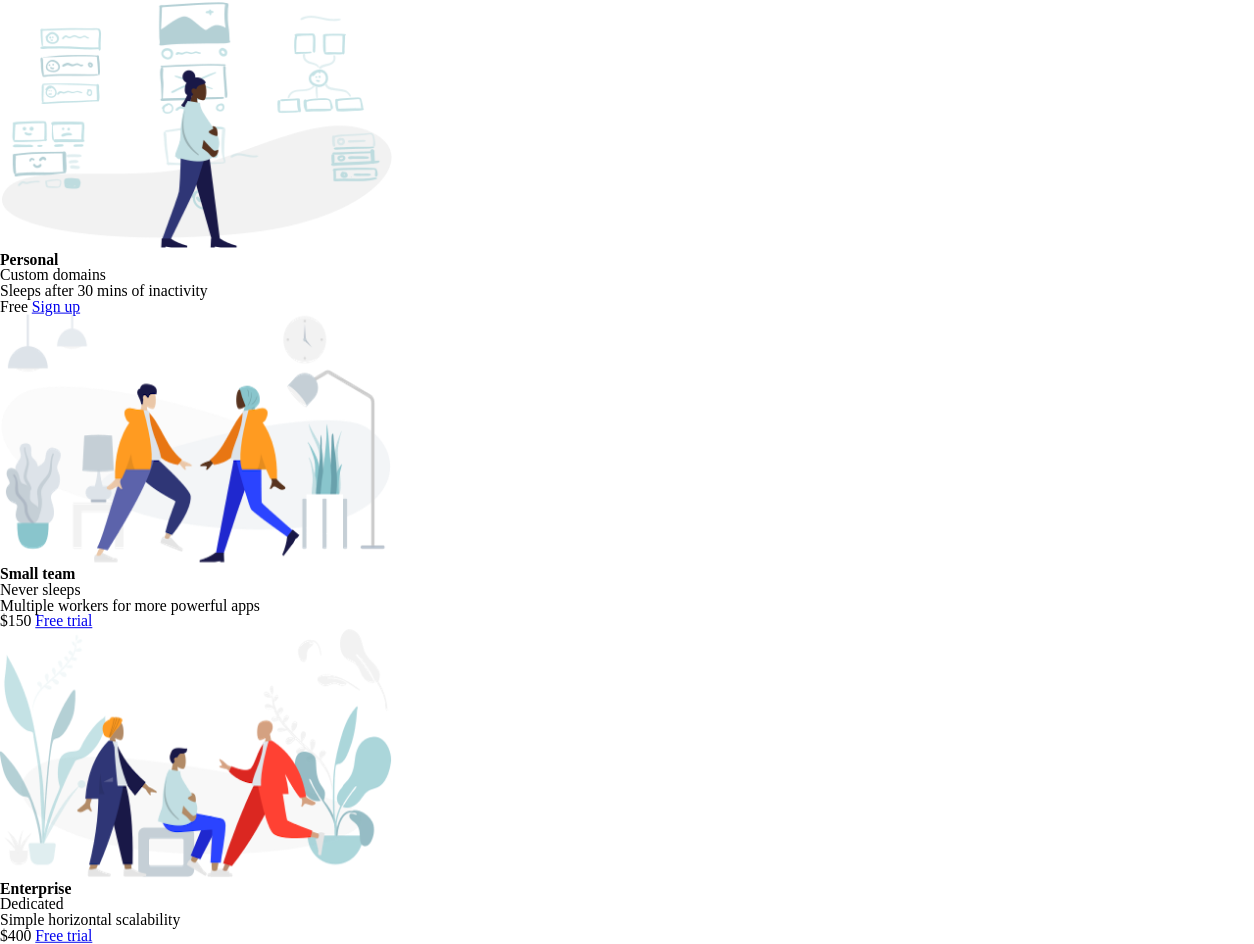
Repository: patrik-fredlund/pricing_panel_udemy
Page: PriceTableStarter/index.html
These files come from the project's save history. The page is drawn as it stood at one moment and after the next save; the edit follows.
The browser window is 1280 px wide. The pictures show the whole page, at 98% of full size.

Above is the page before, as saved 2021-06-27 13:03:38.

### PriceTableStarter/index.html
<!DOCTYPE html>
<html lang="en">

<head>
    <meta charset="UTF-8">
    <meta name="viewport" content="width=device-width, initial-scale=1.0">
    <title>Price Tiers</title>
    <link rel="stylesheet" href="https://fonts.googleapis.com/css?family=Open+Sans:400,600,700">
    <link rel="stylesheet" href="app.css">
</head>

<body>
    <div class="panel pricing-table">

        <div class="pricing-plan">
            <img src="icons/icon1.png" alt="" class="pricing-img">
            <h2 class="pricing-header">Personal</h2>
            <ul class="pricing-features">
                <li class="pricing-features-item">Custom domains</li>
                <li class="pricing-features-item">Sleeps after 30 mins of inactivity</li>
            </ul>
            <span class="pricing-price">Free</span>
            <a href="#/" class="pricing-button">Sign up</a>
        </div>

        <div class="pricing-plan">
            <img src="icons/icon2.png" alt="" class="pricing-img">
            <h2 class="pricing-header">Small team</h2>
            <ul class="pricing-features">
                <li class="pricing-features-item">Never sleeps</li>
                <li class="pricing-features-item">Multiple workers for more powerful apps</li>
            </ul>
            <span class="pricing-price">$150</span>
            <a href="#/" class="pricing-button is-featured">Free trial</a>
        </div>

        <div class="pricing-plan">
            <img src="icons/icon3.png" alt="" class="pricing-img">
            <h2 class="pricing-header">Enterprise</h2>
            <ul class="pricing-features">
                <li class="pricing-features-item">Dedicated</li>
                <li class="pricing-features-item">Simple horizontal scalability</li>
            </ul>
            <span class="pricing-price">$400</span>
            <a href="#/" class="pricing-button">Free trial</a>
        </div>

    </div>

</body>

</html>

### PriceTableStarter/app.css


html, body, div, span, object, iframe,
h1, h2, h3, h4, h5, h6, p, blockquote, pre,
abbr, address, cite, code,
del, dfn, em, img, ins, kbd, q, samp,
small, strong, sub, sup, var,
b, i,
dl, dt, dd, ol, ul, li,
fieldset, form, label, legend,
table, caption, tbody, tfoot, thead, tr, th, td,
article, aside, canvas, details, figcaption, figure,
footer, header, hgroup, menu, nav, section, summary,
time, mark, audio, video {
  margin: 0;
  padding: 0;
  border: 0;
  outline: 0;
  font-size: 100%;
  vertical-align: baseline;
  background: transparent;
}

body {
  line-height: 1;
}

article,aside,details,figcaption,figure,
footer,header,hgroup,menu,nav,section {
  display: block;
}

nav ul {
  list-style :none;
}

blockquote, q {
  quotes: none;
}

blockquote:before, blockquote:after,
q:before, q:after {
  content: '';
  content: none;
}

a {
  margin: 0;
  padding: 0;
  font-size: 100%;
  vertical-align: baseline;
  background: transparent;
}

table {
  border-collapse: collapse;
  border-spacing: 0;
}

input, select {
  vertical-align :middle;
}

After the next save:
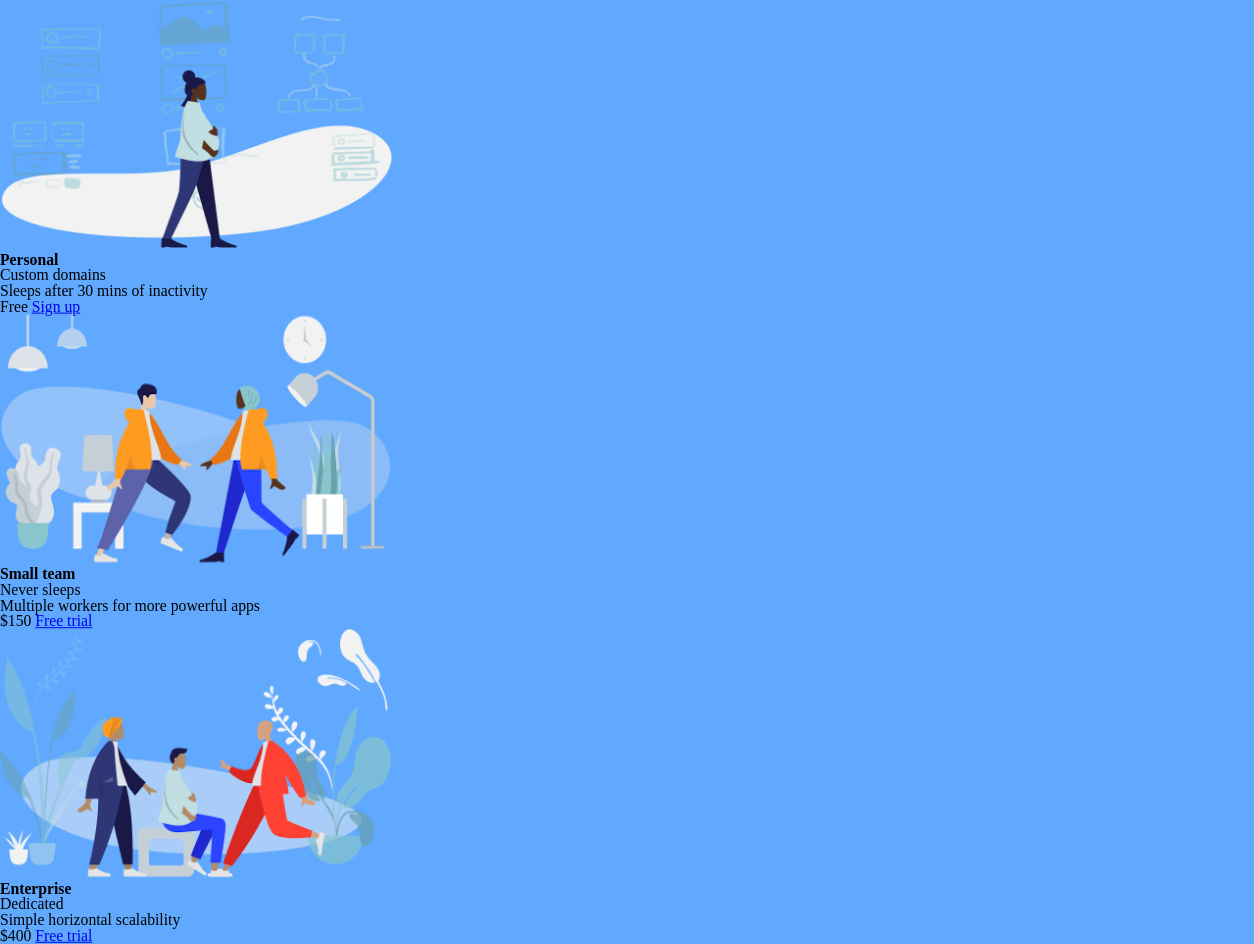
Saved 3 min 59 s later.
--- a/PriceTableStarter/app.css
+++ b/PriceTableStarter/app.css
@@ -60,3 +60,8 @@ table {
 input, select {
   vertical-align :middle;
 }
+
+
+body {
+    background-color: #60a9ff;
+}
